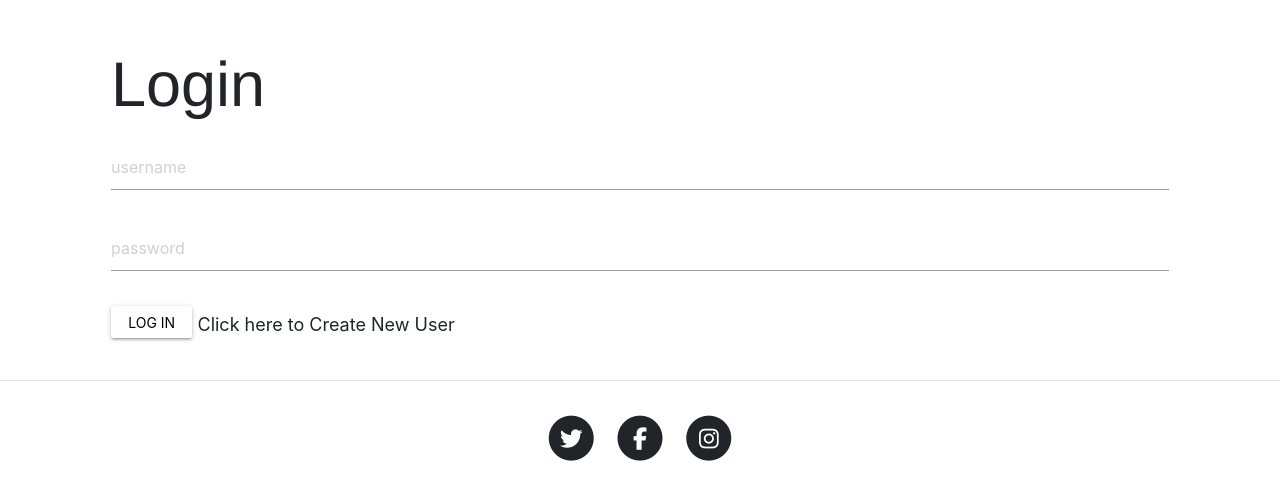
Repository: Code-Institute-Submissions/simas-recipes
Page: http://localhost/admin
The author's editor kept a record of every edit. The page is drawn from the files as they stood at one moment, then again after the next edit.
The browser window is 1280 px wide. The pictures show the part of the page from y = 562 to 1043 px (the page is 1043 px tall).
Some web fonts or font styles are not loaded; a fallback is used. Some web libraries are served in a nearby version. The page is served by the project's application, run on Flask 3 (run.py).

Above is the page before.
Console error: ReferenceError: emailjs is not defined

After the next edit:
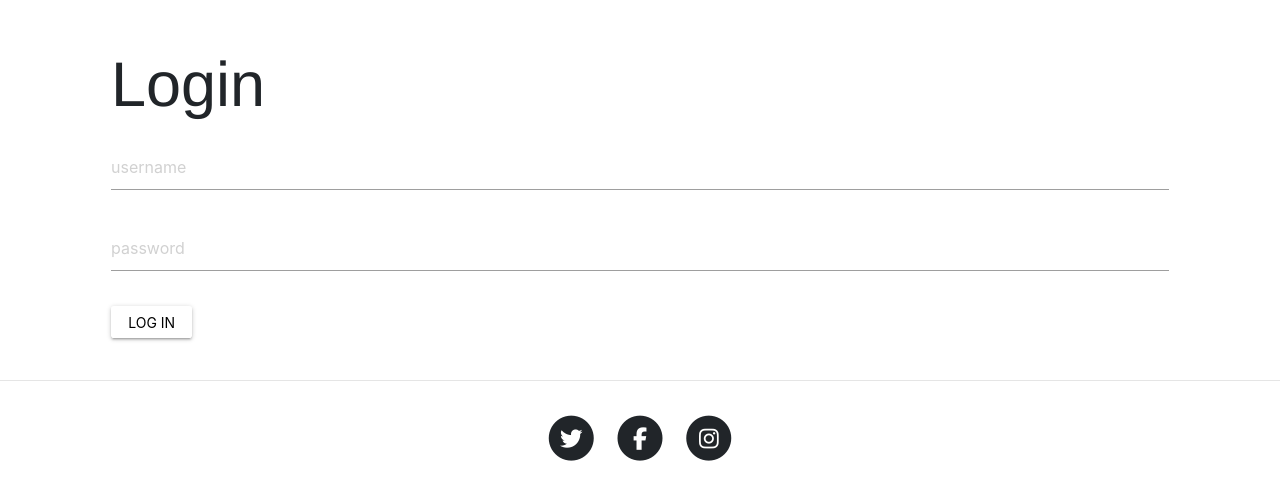
The edit:
--- a/templates/login.html
+++ b/templates/login.html
@@ -24,7 +24,7 @@
                             <input type="password" class="login-field" value="" placeholder="password" name="password">
                             <label class="login-field-icon fui-lock" for="login-pass"></label>
                         </div>
-                        <input type="submit" value="Log in" class="btn btn-warning waves-effect waves-light"> Click here to <a href="{{ url_for('newuser') }}">Create New User</a>
+                        <input type="submit" value="Log in" class="btn btn-warning waves-effect waves-light">
 
                     </div><br>
 
